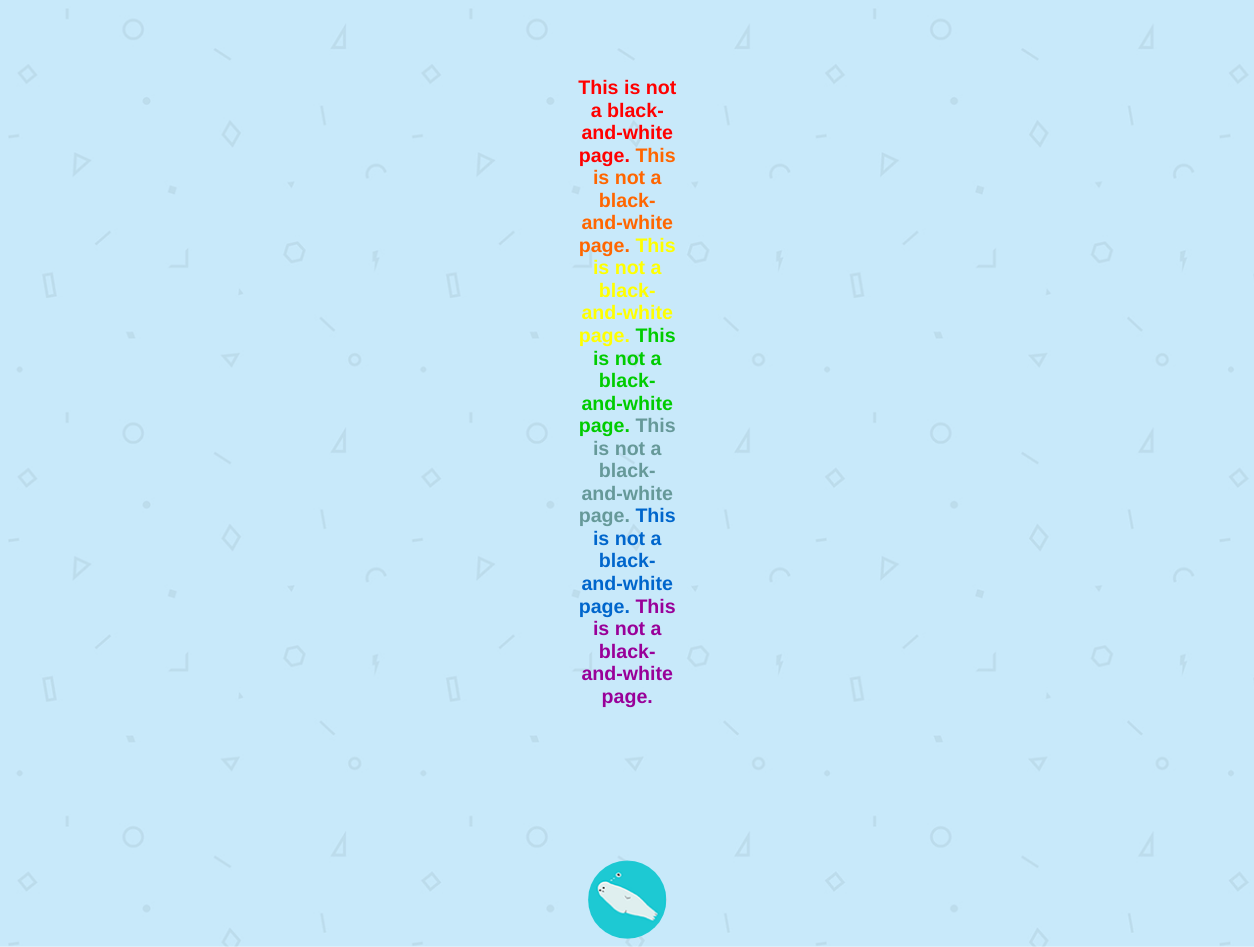
Repository: yiy225/yiy225.github.io
Page: page 1.html
The author's editor kept a record of every edit. The page is drawn from the files as they stood at one moment, then again after the next edit.
The browser window is 1280 px wide. The pictures show the whole page, at 98% of full size.

Above is the page before.

After the next edit:
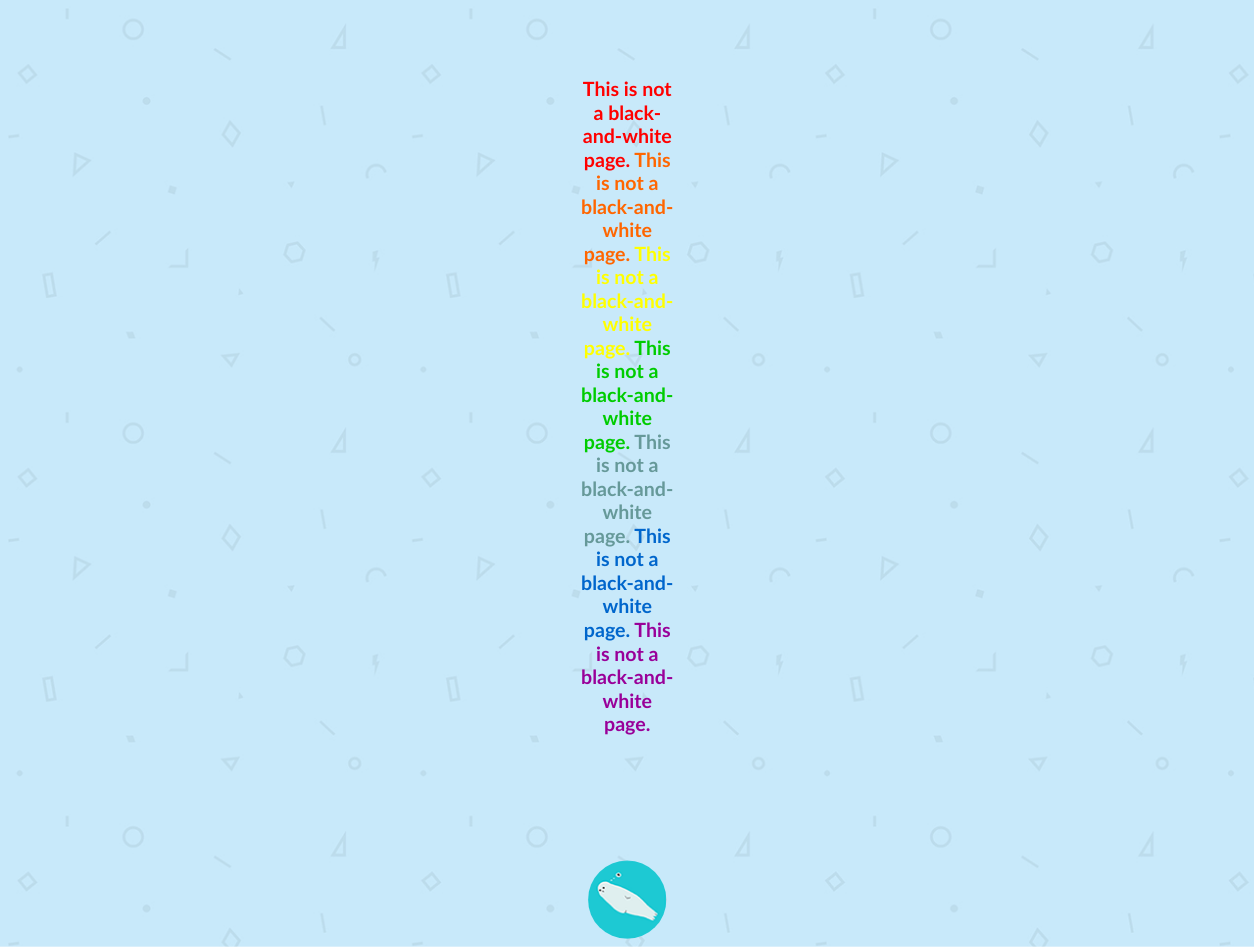
The edit:
--- a/styles 1.css
+++ b/styles 1.css
@@ -2,7 +2,7 @@
     background-image: url(geometry.jpg);
     background-repeat: repeat;
     font-size: 20px;
-    font-family: Helvetica, Arial, sans-serif;
+    font-family: 'Trebuchet MS', Helvetica, sans-serif;
     text-align: center;
     font-weight: bold;
 
